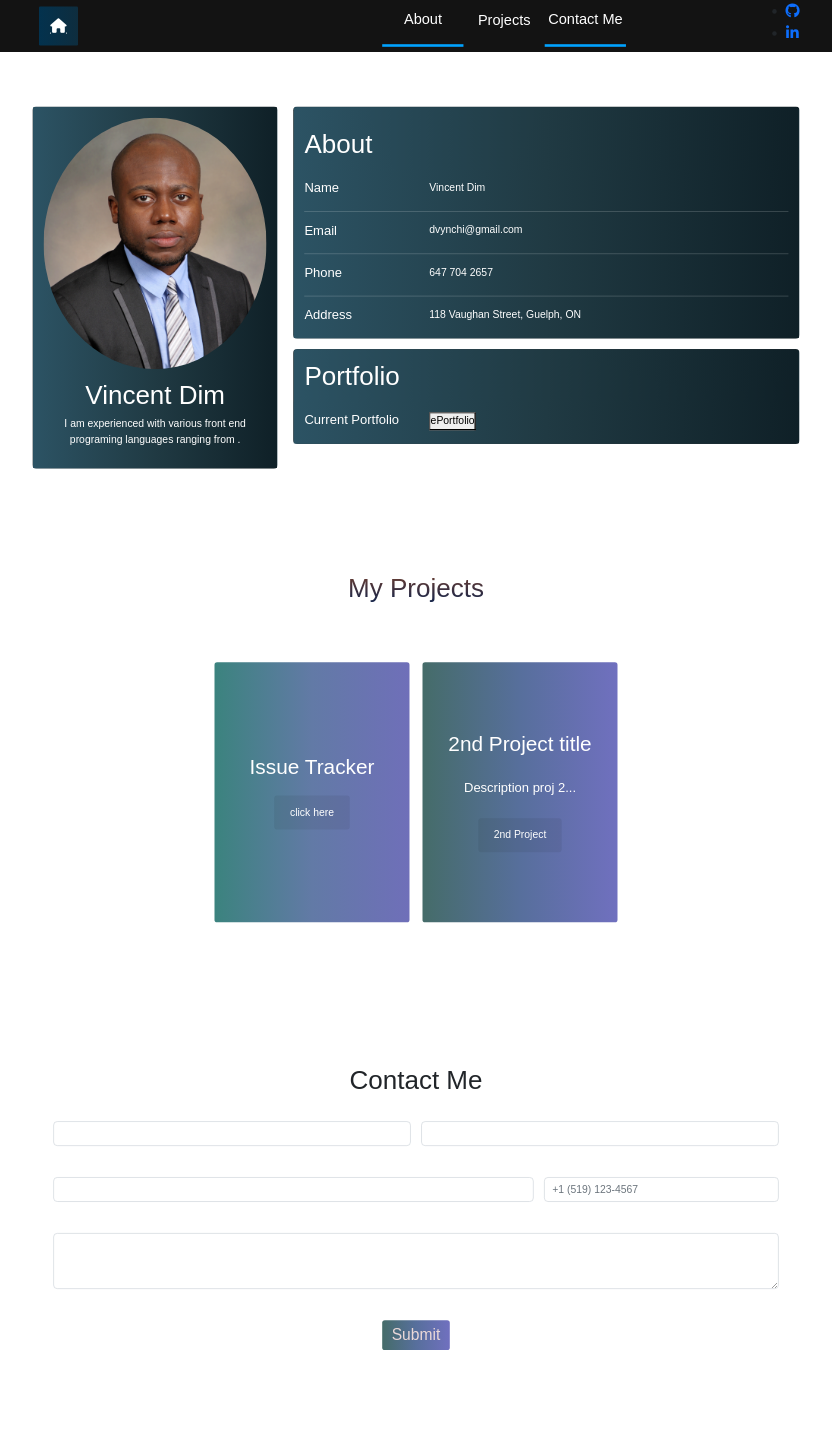
Repository: dvynchi/profile-2022
Page: index.html
The author's editor kept a copy of each file at every save. The page is drawn from the files as they stood at one save, then again after the next save.
The browser window is 1280 px wide. The pictures show the whole page, at 65% of full size.
Some web libraries are served in a nearby version.

Above is the page before, as saved 2022-08-22 21:48:19.

After the next save:
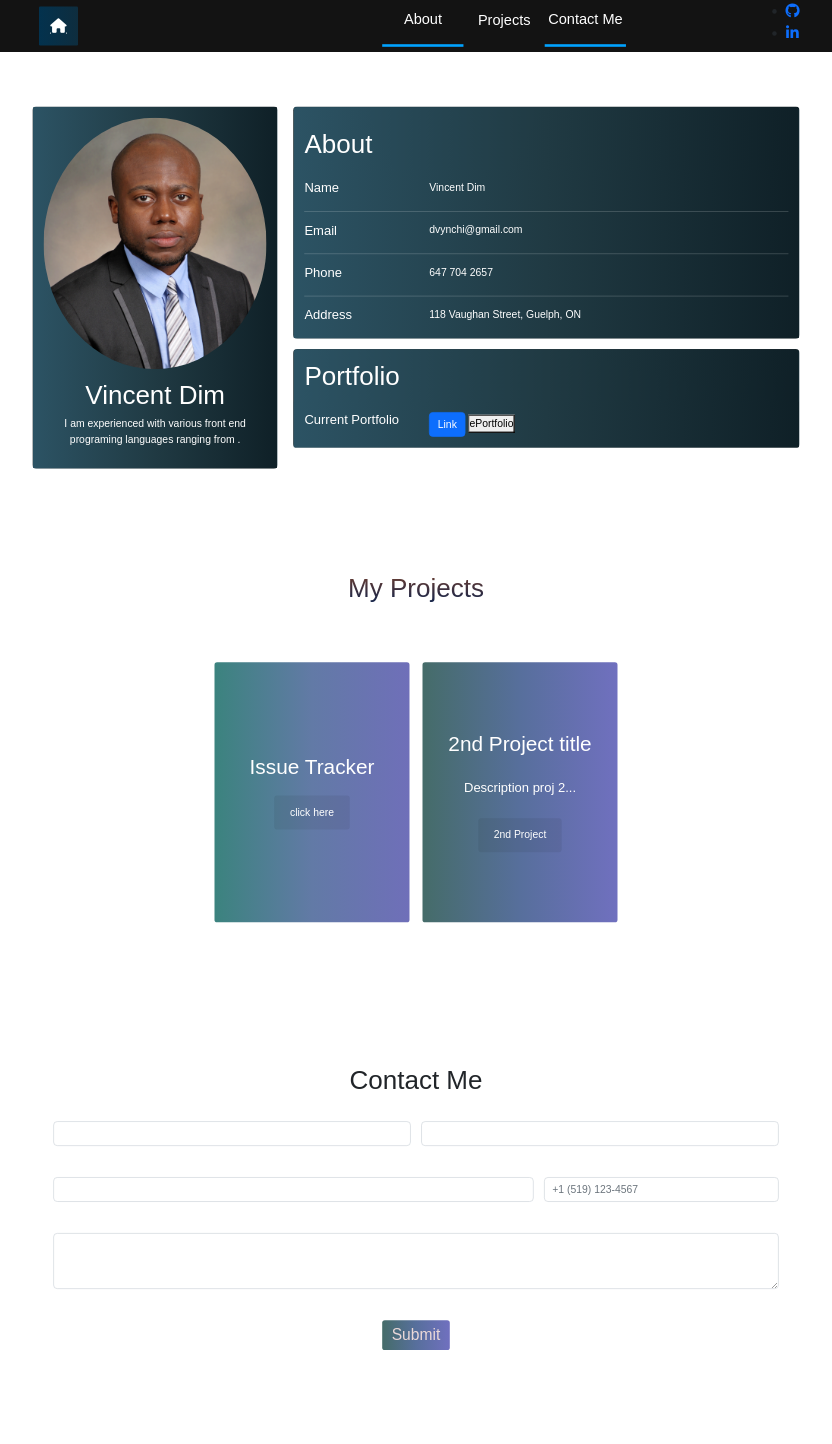
Saved 2 min 49 s later.
--- a/index.html
+++ b/index.html
@@ -103,6 +103,8 @@
                                     <h5>Current Portfolio</h5>
                                 </div>
                                 <div class="col-md-9">
+                                    <a class="btn btn-primary" href="https://drive.google.com/file/d/1lG7DyS50_LphFxIRxCRd57uQMBSZkR4-/view?usp=sharing" role="button">Link</a>
+
                                     <button onclick="location.href='https://drive.google.com/file/d/1lG7DyS50_LphFxIRxCRd57uQMBSZkR4-/view?usp=sharing'" type="button">ePortfolio</button>
                                 </div>
                             </div>
